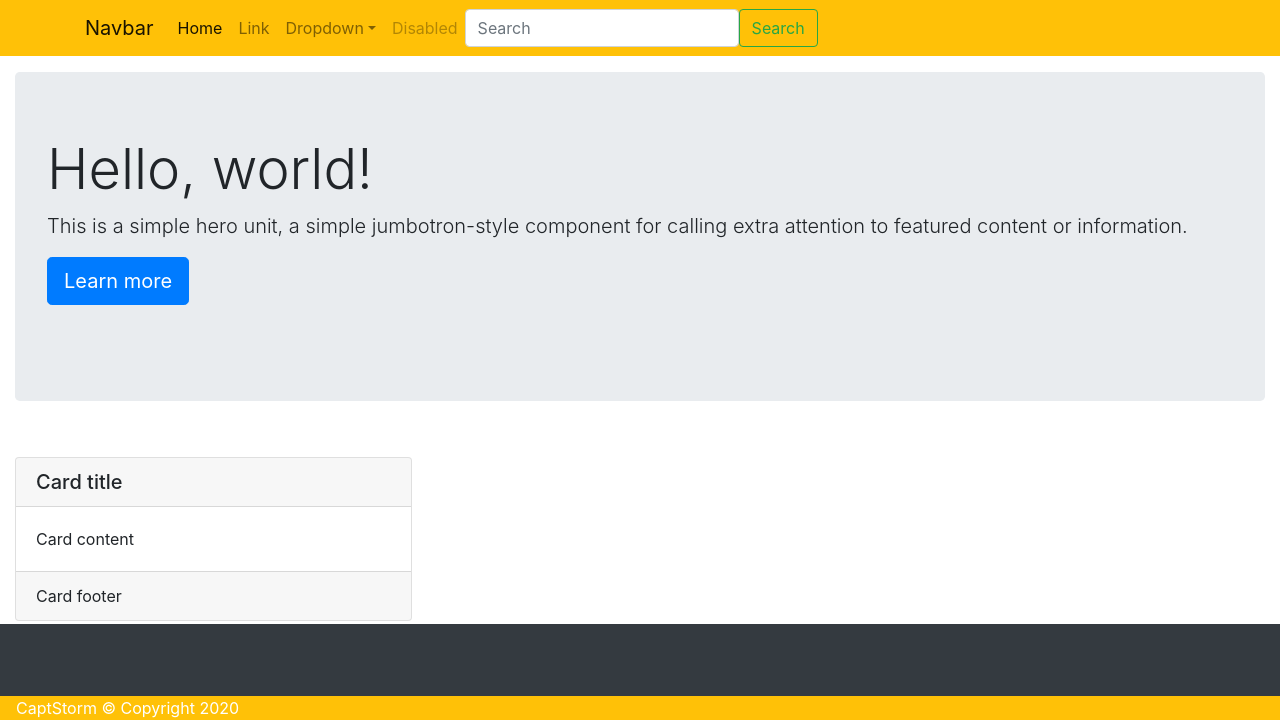
Repository: CaptainStorm21/complete-react16-bootstrap-passing-props
Page: /
An editor plug-in stored every save of this project. The page is shown before and after the next save, followed by the edit.
The browser window is 1280 px wide. The pictures show the whole page.
The project was rebuilt for these pictures with package versions that can differ from the ones it lists, and the page was loaded fresh each time.

Above is the page before, as saved 2020-04-23 14:35:57.

After the next save:
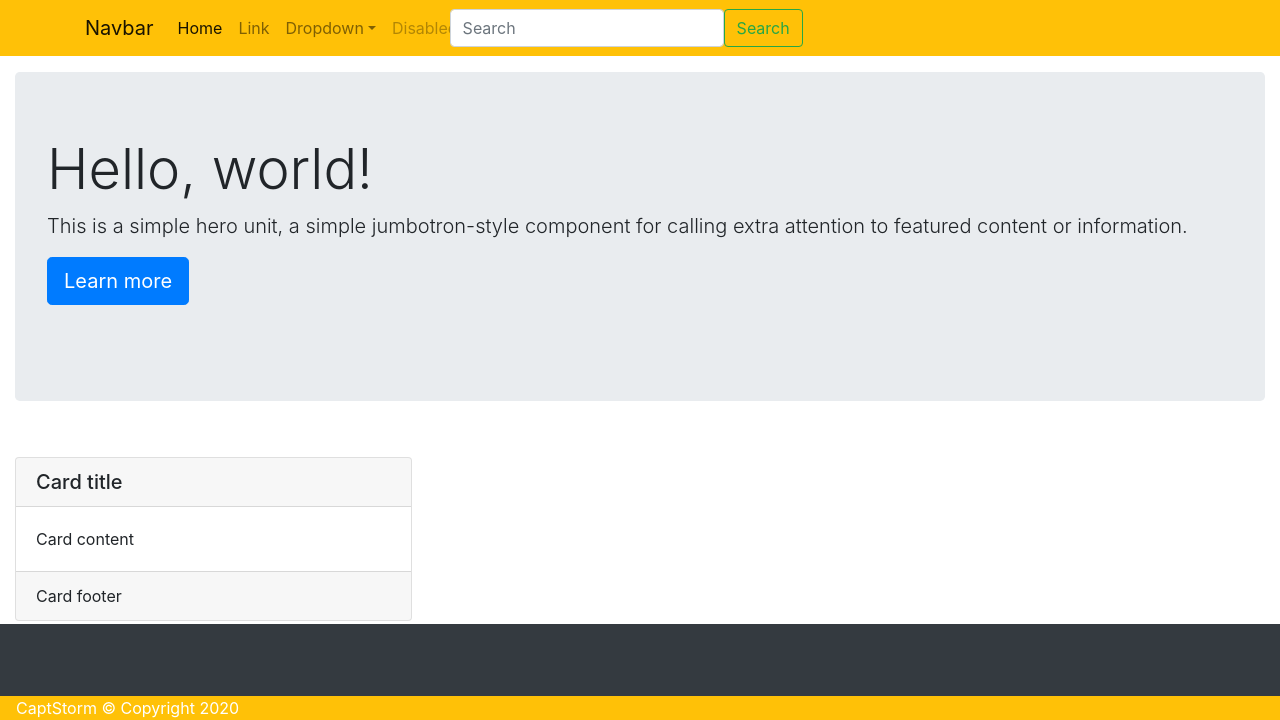
Saved 6 s later.
--- a/src/components/layout/Navbar.js
+++ b/src/components/layout/Navbar.js
@@ -63,7 +63,7 @@ function Navbar() {
               </li>
             </ul>
           </div>
-          <div className="input-group ow align-items-end">
+          <div className="input-group row align-items-end">
             <div className="input-group-append ">
               <form className="form-inline ">
                 <input
